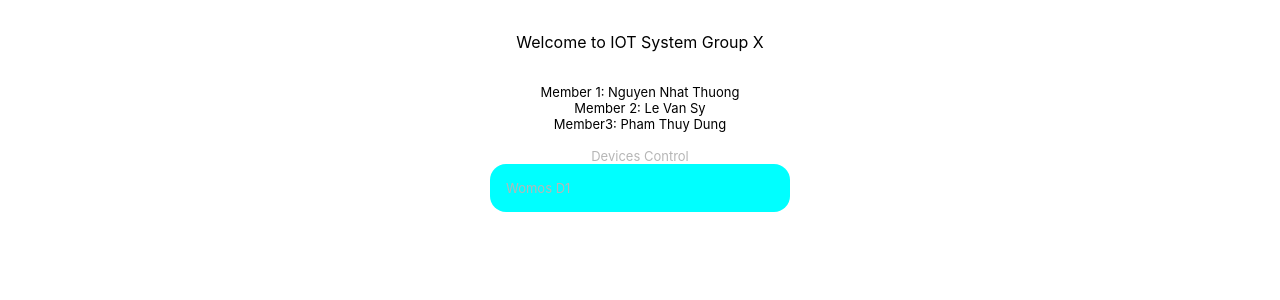
Repository: ngnhthuong/IOT_LAB
Page: /
These files come from the project's save history. The page is drawn as it stood at one moment and after a run of saves; the edit follows.
The browser window is 1280 px wide. The pictures show the whole page.
The project was rebuilt for these pictures with package versions that can differ from the ones it lists, and the page was loaded fresh each time.

Above is the page before, as saved 2024-04-23 14:46:12.

### src/App.js
import "./App.css";

function App() {
  return (
    <div className="main">
      <div></div>
      <div className="welcome-name">Welcome to IOT System Group X</div>
      <div className="member-name">
        <div className="member">Member 1: Nguyen Nhat Thuong</div>
        <div className="member">Member 2: Le Van Sy</div>
        <div className="member">Member3: Pham Thuy Dung</div>
      </div>
      <div className="device">Devices Control</div>
      <div className="main_device">
        <div className="device">
          <div className="info"></div>
          <div className="device_img"></div>
        </div>
        <div className="device">
          <div className="info">
            <div className="name">Womos D1</div>
            <div className="time"></div>
          </div>
          <div className="device_img"></div>
        </div>
      </div>
    </div>
  );
}

export default App;

### src/App.css
* {
  margin: 0;
  padding: 0;
  box-sizing: border-box;
}

.main{
  width: 100vw;
  height: 100vh;
  display: flex;
  align-items: center;
  flex-direction: column;
}

.welcome-name{
  display: flex;
  justify-content: center;
  padding: 2rem;
  /* width: 500px; */
}

.member-name{
  display: flex;
  flex-direction: column;
  /* width: 250px; */
  font-size: 13px;
  align-items: center;
  padding-bottom: 1rem;
}

.member{
  display: flex;
  left: 0;
}

.device{
  font-size: 13px;
  color: rgb(182, 182, 182);
  left: 0;
}

.main_device{
  width: 300px;
  height: auto;
  background-color: aqua;
  border-radius: 1rem;
  padding: 1rem;
}

Loaded but not shown: public/index.html (common file); src/index.js (common file); src/index.css (common file)

After the next 2 saves:
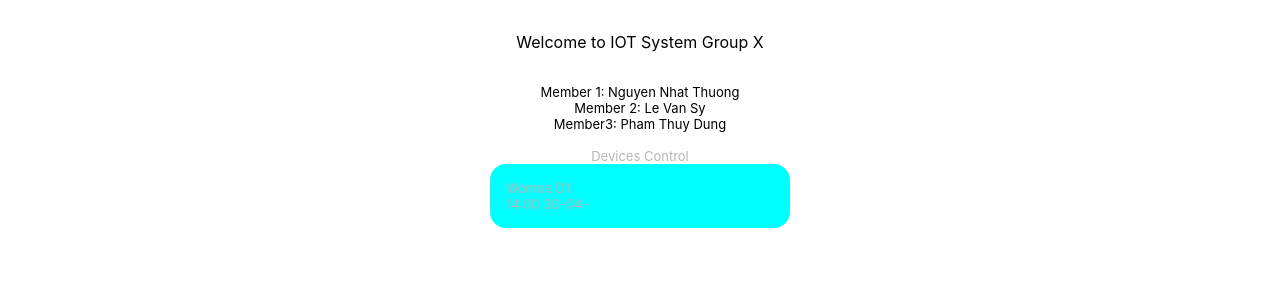
The 2 saves are shown as one change because they came seconds apart.
The last was saved 8 s later.
--- a/src/App.js
+++ b/src/App.js
@@ -19,7 +19,7 @@ function App() {
         <div className="device">
           <div className="info">
             <div className="name">Womos D1</div>
-            <div className="time"></div>
+            <div className="time"> 14:00 30-04-</div>
           </div>
           <div className="device_img"></div>
         </div>
